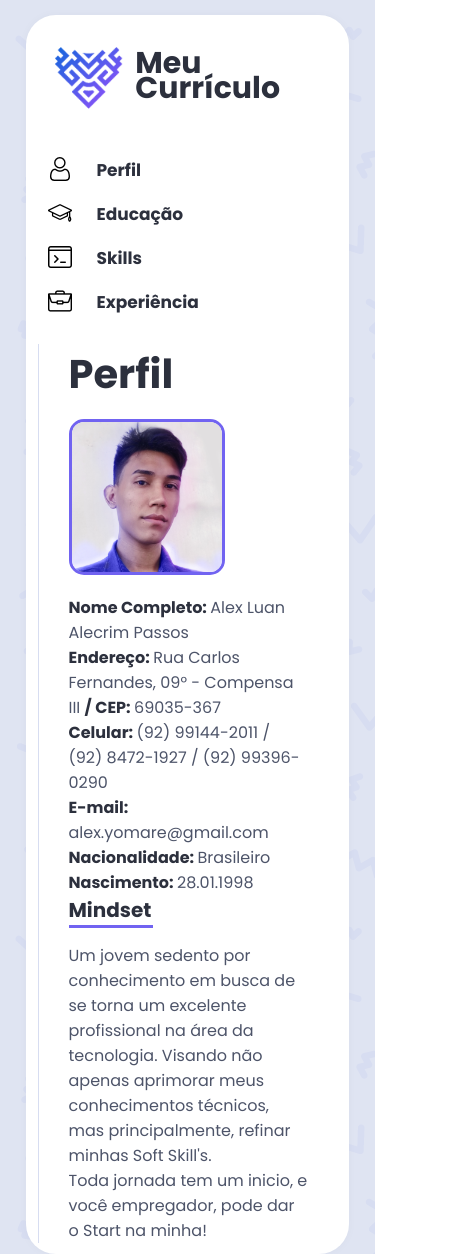
Repository: 4lex-passos/MeuPrimeiroSite
Page: index.html
These files come from the project's save history. The page is drawn as it stood at one moment and after the next save; the edit follows.
The browser window is 375 px wide. The page is 375 px wide, then 454 px, then 375 px, so the pictures cover 454 px, including what lies to the right of the window. The pictures show the whole page.

Above is the page before, as saved 2020-10-02 16:49:03.

After the next save:
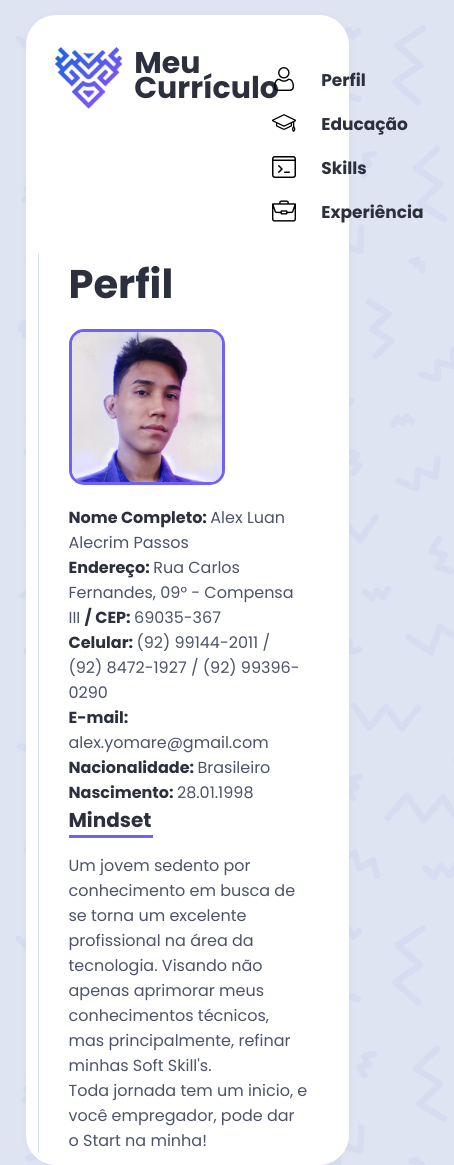
Saved 3 min 21 s later.
--- a/css/style.css
+++ b/css/style.css
@@ -320,4 +320,8 @@ div.en-superior h5{
   .box{
     display:flex;
     width: 80vw;
-}
+  }
+  .naveg{
+    flex-flow: row;
+  }
+}

After the save that followed:
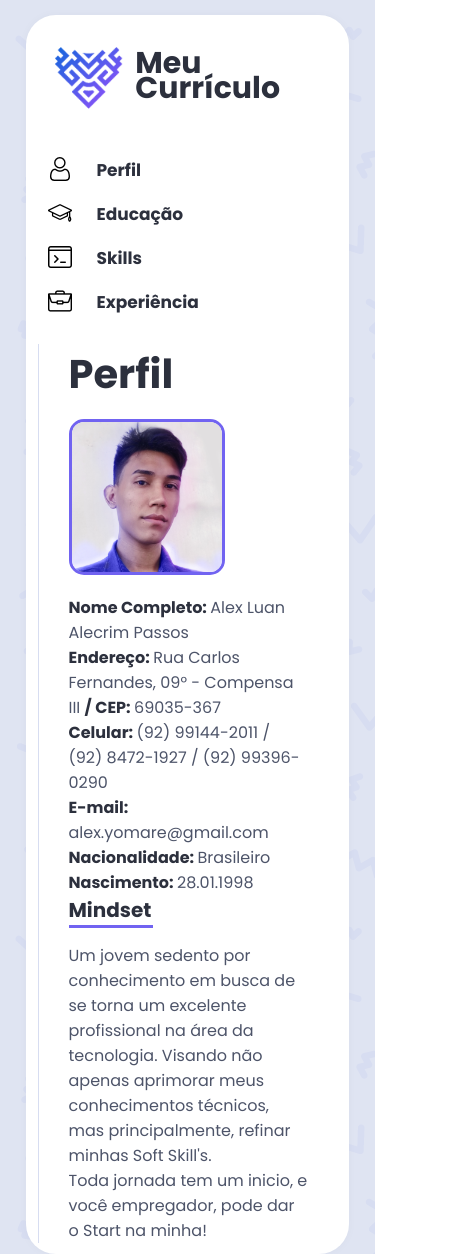
Saved 9 s later.
--- a/css/style.css
+++ b/css/style.css
@@ -322,6 +322,6 @@ div.en-superior h5{
     width: 80vw;
   }
   .naveg{
-    flex-flow: row;
+
   }
 }
